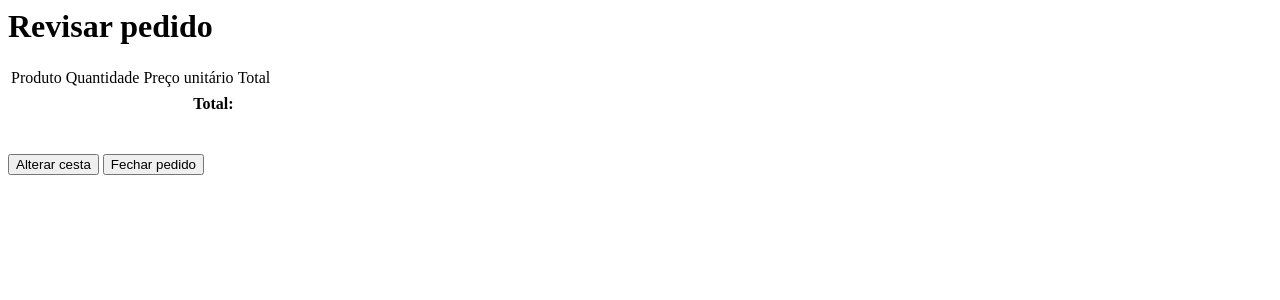
Repository: organicos/organicos.github.io
Page: partials/payments/order_review.html
The author's editor kept a record of every edit. The page is drawn from the files as they stood at one moment, then again after the next edit.
The browser window is 1280 px wide. The pictures show the whole page.

Above is the page before.

### partials/payments/order_review.html
<div class="row background-violet text-white">
    <div class="col-xs-22 col-xs-offset-1">
        <h1>Revisar pedido</h1>

        <table class="table table-condensed">
            <thead>
                <tr>
                    <td>Produto</td>
                    <td align="right">Quantidade</td>
                    <td align="right">Preço unitário</td>
                    <td align="right">Total</td>
                </tr>
            </thead>
            <tbody>
                <tr ng-repeat="product in $storage.basket.products">
                    <td ng-bind="product.name"
                		popover="{{product.dscr}}"
                		popover-title="{{product.name}}"
                		popover-trigger="mouseenter"
                		popover-placement="right"
                		popover-append-to-body="true"
                    ></td>
                    <td ng-bind="product.quantity" align="right"></td>
                    <td ng-bind="product.price | currency:'R$':2" align="right"></td>
                    <td ng-bind="product.quantity*product.price | currency:'R$':2" align="right"></td>
                </tr>
                <tr>
                    <td></td>
                    <td></td>
                    <td align="right"><h4>Total:</h4></td>
                    <td align="right"><h4 ng-bind="$storage.basket.total | currency:'R$':2"></h4></td>
                </tr>
            </tbody>
        </table>

        <p>
            <button class="btn btn-default">Alterar cesta</button>
            <button class="btn btn-success pull-right">Fechar pedido</button>
        </p>

    </div>
</div>

After the next edit:
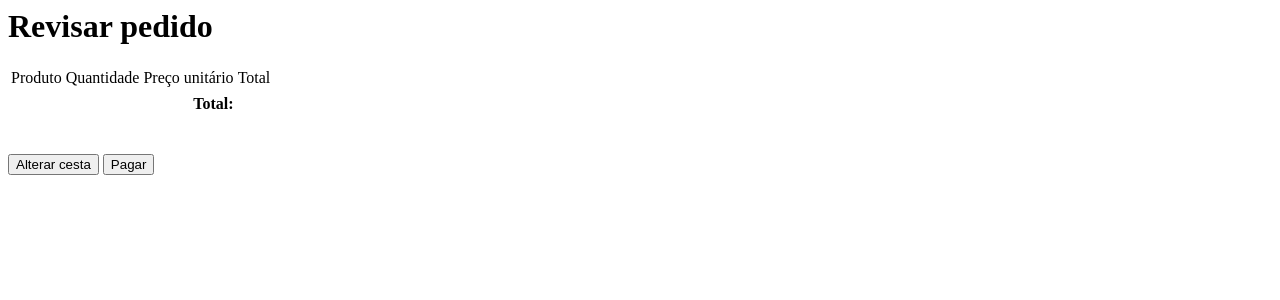
The edit:
--- a/partials/payments/order_review.html
+++ b/partials/payments/order_review.html
@@ -33,9 +33,9 @@
             </tbody>
         </table>
 
-        <p>
-            <button class="btn btn-default">Alterar cesta</button>
-            <button class="btn btn-success pull-right">Fechar pedido</button>
+        <p class="clearfix">
+            <button class="btn btn-link text-white">Alterar cesta</button>
+            <button class="btn btn-success pull-right">Pagar</button>
         </p>
 
     </div>
